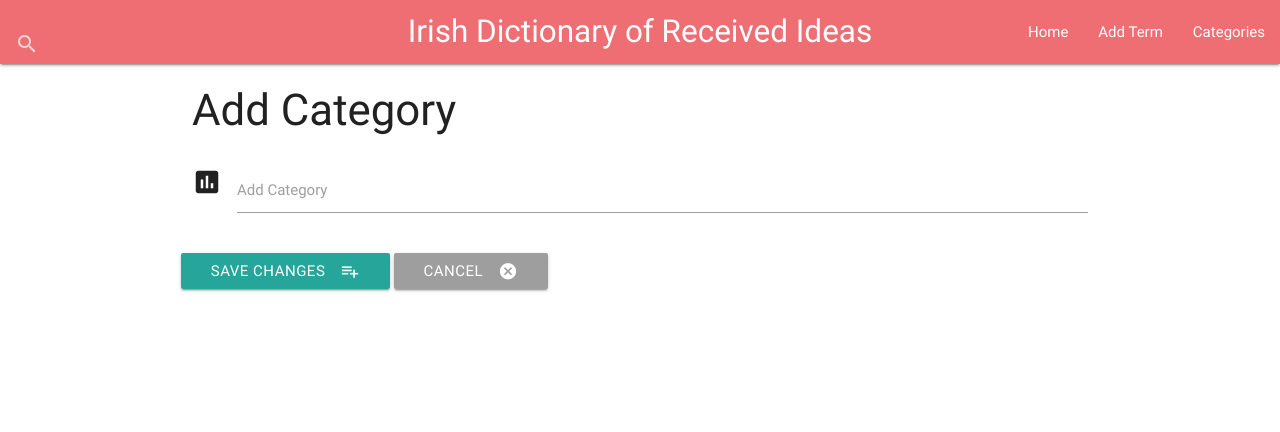
Repository: kalkiboru111/irish-dictionary-of-received-ideas
Page: http://localhost/add_category
The author's editor kept a record of every edit. The page is drawn from the files as they stood at one moment, then again after the next edit.
The browser window is 1280 px wide. The pictures show the whole page.
Some web libraries are served in a nearby version. The page is served by the project's application, run on Flask 3 (app.py).

Above is the page before.
Console error: TypeError: $(...).sidenav is not a function

After the next edit:
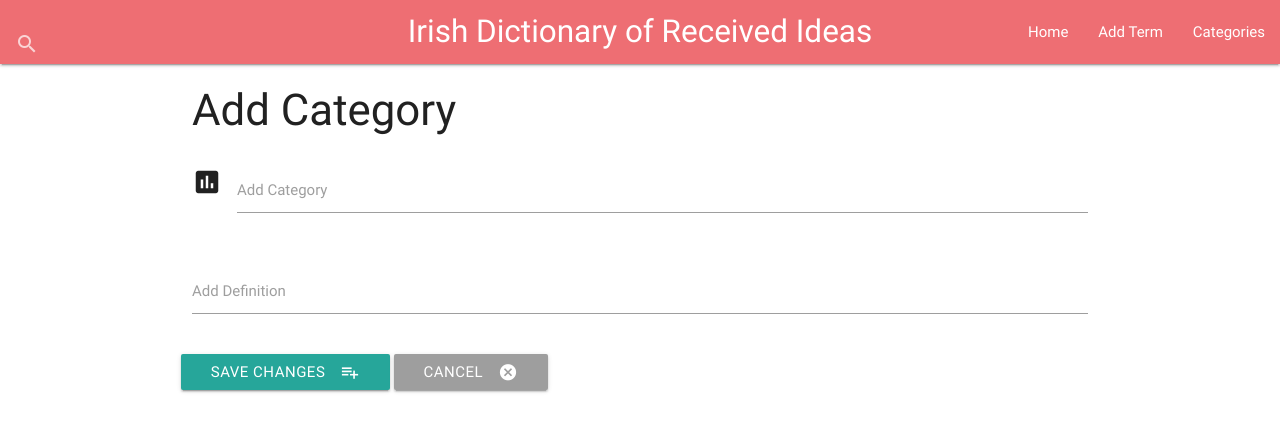
The edit:
--- a/templates/addcategory.html
+++ b/templates/addcategory.html
@@ -9,6 +9,13 @@
                 <i class="material-icons prefix">poll</i>
                 <input id="category_name" name="category_name" type="text" class="validate">
                 <label for="category_name">Add Category</label>
+            </div>
+        </div>
+        <div class="row">
+            <div class="input-field col s12">
+
+                <input id="category_definition" name="category_definition" type="text" class="validate">
+                <label for="category_definition">Add Definition</label>
             </div>
         </div>
 

After the edit that followed:
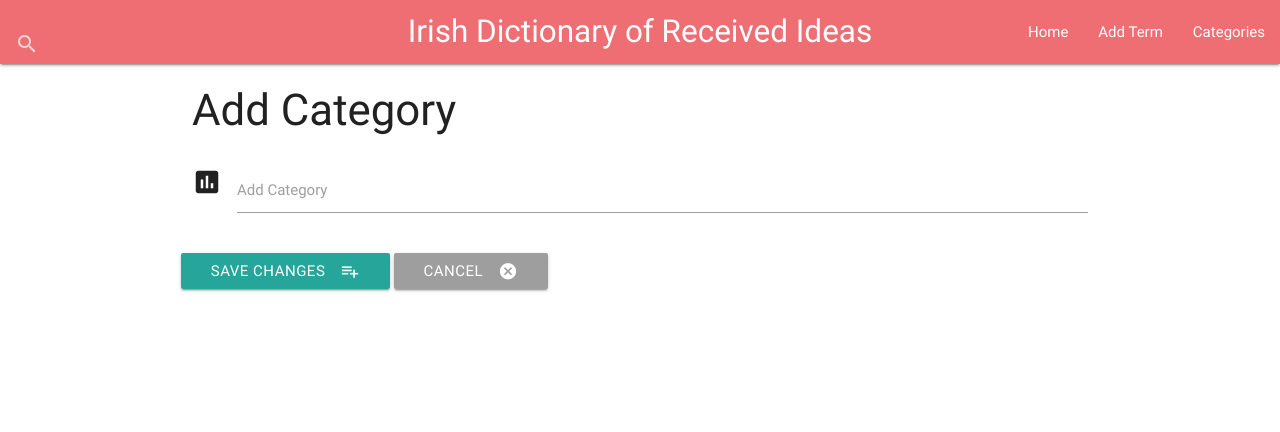
The edit:
--- a/templates/addcategory.html
+++ b/templates/addcategory.html
@@ -9,13 +9,6 @@
                 <i class="material-icons prefix">poll</i>
                 <input id="category_name" name="category_name" type="text" class="validate">
                 <label for="category_name">Add Category</label>
-            </div>
-        </div>
-        <div class="row">
-            <div class="input-field col s12">
-
-                <input id="category_definition" name="category_definition" type="text" class="validate">
-                <label for="category_definition">Add Definition</label>
             </div>
         </div>
 
